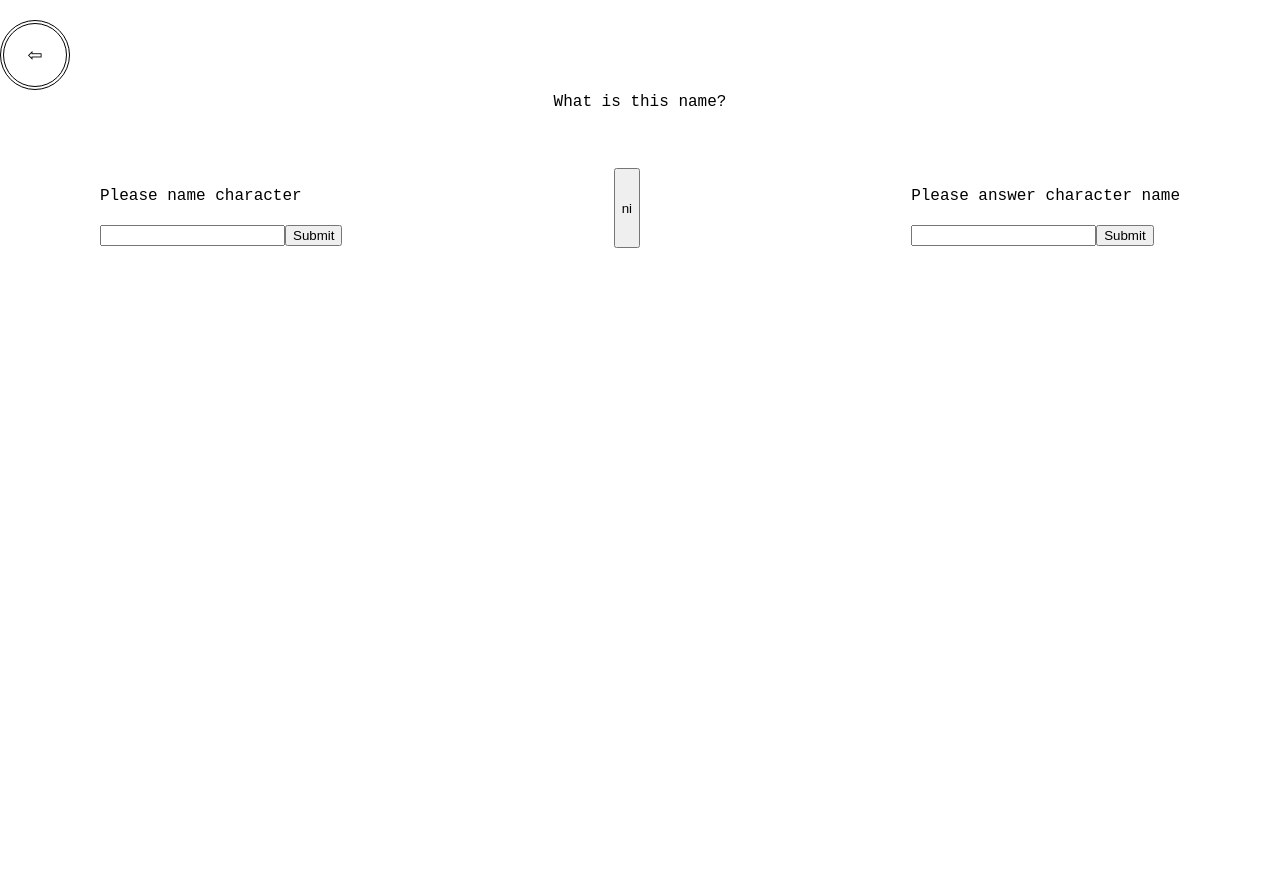
Repository: Mush-s/Folio-OX
Page: /nanmon
These files come from the project's save history. The page is drawn as it stood at one moment and after a run of saves; the edit follows.
The browser window is 1280 px wide. The pictures show the whole page.
The page's requests for data from a server got no answer. The project was rebuilt for these pictures with package versions that can differ from the ones it lists, and the page was loaded fresh each time. No one was signed in, and anything a server would have sent is missing. Also part of the build but not shown: src/TicTacToe/AfterGame/AfterGame.css, src/TicTacToe/AfterGame/AfterGame.js, src/TicTacToe/Game/Cell.css, src/TicTacToe/Game/Cell.js, src/TicTacToe/Patterns/Pattern.js, src/TicTacToe/Game/GameButtons/GameButtons.css, src/TicTacToe/Game/GameButtons/GameButtons.js, src/TicTacToe/Game/Game.js and 2 more.

Above is the page before, as saved 2022-09-04 22:58:59.

### src/index.js
import { createRoot } from "react-dom/client";
import { BrowserRouter } from "react-router-dom";
import ReactDOM from "react-dom";
import AfterGame from "./TicTacToe/AfterGame/AfterGame";

import App from "./App";
const container = document.getElementById("root");
const root = createRoot(container);
root.render(
  <BrowserRouter>
    <App />
  </BrowserRouter>
);

export const OverLay = (props) => {
  return ReactDOM.createPortal(
    <AfterGame
      onClick={props.onClick}
      result={props.result}
    />,
    document.getElementById("portal")
  );
};

### src/App.js
import "./App.css";
import Game from "./TicTacToe/Game/Game";
import Game1 from "./NanMon/Game/Game1";
import Start from "./Start/Start";
import { Route, Routes } from "react-router-dom";

const App = () => {
  return (
    <div className="app">
      <Routes>
        <Route path="/" element={<Start />} />
        <Route path="/tictactou" element={<Game />} />
        <Route path="/nanmon" element={<Game1 />} />
      </Routes>
    </div>
  );
};

export default App;

### src/App.css
.app {
  position: relative;
  height: 120vh;
  width: 100%;
  background-color: rgba(255, 255, 255, 0.831);
  font-family: "Courier New", Courier, monospace;
  /* background-image: url(https://png.pngtree.com/thumb_back/fh260/background/20210308/pngtree-vs-versus-challenge-gaming-background-banner-blue-image_582152.jpg);
  background-size: contain; */
}
/* Document
 * ========================================================================== */

/**
 * 1. Add border box sizing in all browsers (opinionated).
 * 2. Backgrounds do not repeat by default (opinionated).
 */

*,
::before,
::after {
  box-sizing: border-box; /* 1 */
  background-repeat: no-repeat; /* 2 */
}

/**
  * 1. Add text decoration inheritance in all browsers (opinionated).
  * 2. Add vertical alignment inheritance in all browsers (opinionated).
  */

::before,
::after {
  text-decoration: inherit; /* 1 */
  vertical-align: inherit; /* 2 */
}

/**
  * 1. Use the default cursor in all browsers (opinionated).
  * 2. Change the line height in all browsers (opinionated).
  * 3. Breaks words to prevent overflow in all browsers (opinionated).
  * 4. Use a 4-space tab width in all browsers (opinionated).
  * 5. Remove the grey highlight on links in iOS (opinionated).
  * 6. Prevent adjustments of font size after orientation changes in iOS.
  */

:where(:root) {
  cursor: default; /* 1 */
  line-height: 1.5; /* 2 */
  overflow-wrap: break-word; /* 3 */
  -moz-tab-size: 4; /* 4 */
  tab-size: 4; /* 4 */
  -webkit-tap-highlight-color: transparent; /* 5 */
  -webkit-text-size-adjust: 100%; /* 6 */
  text-size-adjust: 100%; /* 6 */
}

/* Sections
  * ========================================================================== */

/**
  * Remove the margin in all browsers (opinionated).
  */

:where(body) {
  margin: 0;
}

/**
  * Correct the font size and margin on `h1` elements within `section` and
  * `article` contexts in Chrome, Edge, Firefox, and Safari.
  */

:where(h1) {
  font-size: 2em;
  margin: 0.67em 0;
}

/* Grouping content
  * ========================================================================== */

/**
  * Remove the margin on nested lists in Chrome, Edge, and Safari.
  */

:where(dl, ol, ul) :where(dl, ol, ul) {
  margin: 0;
}

/**
  * 1. Correct the inheritance of border color in Firefox.
  * 2. Add the correct box sizing in Firefox.
  */

:where(hr) {
  color: inherit; /* 1 */
  height: 0; /* 2 */
}

/**
  * Remove the list style on navigation lists in all browsers (opinionated).
  */

:where(nav) :where(ol, ul) {
  list-style-type: none;
  padding: 0;
}

/**
  * Prevent VoiceOver from ignoring list semantics in Safari (opinionated).
  */

:where(nav li)::before {
  content: "\200B";
  float: left;
}

/**
  * 1. Correct the inheritance and scaling of font size in all browsers.
  * 2. Correct the odd `em` font sizing in all browsers.
  * 3. Prevent overflow of the container in all browsers (opinionated).
  */

:where(pre) {
  font-family: monospace, monospace; /* 1 */
  font-size: 1em; /* 2 */
  overflow: auto; /* 3 */
}

/* Text-level semantics
  * ========================================================================== */

/**
  * Add the correct text decoration in Safari.
  */

:where(abbr[title]) {
  text-decoration: underline;
  text-decoration: underline dotted;
}

/**
  * Add the correct font weight in Chrome, Edge, and Safari.
  */

:where(b, strong) {
  font-weight: bolder;
}

/**
  * 1. Correct the inheritance and scaling of font size in all browsers.
  * 2. Correct the odd `em` font sizing in all browsers.
  */

:where(code, kbd, samp) {
  font-family: monospace, monospace; /* 1 */
  font-size: 1em; /* 2 */
}

/**
  * Add the correct font size in all browsers.
  */

:where(small) {
  font-size: 80%;
}

/* Embedded content
  * ========================================================================== */

/*
  * Change the alignment on media elements in all browsers (opinionated).
  */

:where(audio, canvas, iframe, img, svg, video) {
  vertical-align: middle;
}

/**
  * Remove the border on iframes in all browsers (opinionated).
  */

:where(iframe) {
  border-style: none;
}

/**
  * Change the fill color to match the text color in all browsers (opinionated).
  */

:where(svg:not([fill])) {
  fill: currentColor;
}

/* Tabular data
  * ========================================================================== */

/**
  * 1. Collapse border spacing in all browsers (opinionated).
  * 2. Correct table border color in Chrome, Edge, and Safari.
  * 3. Remove text indentation from table contents in Chrome, Edge, and Safari.
  */

:where(table) {
  border-collapse: collapse; /* 1 */
  border-color: currentColor; /* 2 */
  text-indent: 0; /* 3 */
}

/* Forms
  * ========================================================================== */

/**
  * Remove the margin on controls in Safari.
  */

:where(button, input, select) {
  margin: 0;
}

/**
  * Correct the inability to style buttons in iOS and Safari.
  */

:where(button, [type="button" i], [type="reset" i], [type="submit" i]) {
  -webkit-appearance: button;
}

/**
  * Change the inconsistent appearance in all browsers (opinionated).
  */

:where(fieldset) {
  border: 1px solid #a0a0a0;
}

/**
  * Add the correct vertical alignment in Chrome, Edge, and Firefox.
  */

:where(progress) {
  vertical-align: baseline;
}

/**
  * 1. Remove the margin in Firefox and Safari.
  * 3. Change the resize direction in all browsers (opinionated).
  */

:where(textarea) {
  margin: 0; /* 1 */
  resize: vertical; /* 3 */
}

/**
  * 1. Correct the odd appearance in Chrome, Edge, and Safari.
  * 2. Correct the outline style in Safari.
  */

:where([type="search" i]) {
  -webkit-appearance: textfield; /* 1 */
  outline-offset: -2px; /* 2 */
}

/**
  * Correct the cursor style of increment and decrement buttons in Safari.
  */

::-webkit-inner-spin-button,
::-webkit-outer-spin-button {
  height: auto;
}

/**
  * Correct the text style of placeholders in Chrome, Edge, and Safari.
  */

::-webkit-input-placeholder {
  color: inherit;
  opacity: 0.54;
}

/**
  * Remove the inner padding in Chrome, Edge, and Safari on macOS.
  */

::-webkit-search-decoration {
  -webkit-appearance: none;
}

/**
  * 1. Correct the inability to style upload buttons in iOS and Safari.
  * 2. Change font properties to `inherit` in Safari.
  */

::-webkit-file-upload-button {
  -webkit-appearance: button; /* 1 */
  font: inherit; /* 2 */
}

/* Interactive
  * ========================================================================== */

/*
  * Add the correct styles in Safari.
  */

:where(dialog) {
  background-color: white;
  border: solid;
  color: black;
  height: -moz-fit-content;
  height: fit-content;
  left: 0;
  margin: auto;
  padding: 1em;
  position: absolute;
  right: 0;
  width: -moz-fit-content;
  width: fit-content;
}

:where(dialog:not([open])) {
  display: none;
}

/*
  * Add the correct display in Safari.
  */

:where(details > summary:first-of-type) {
  display: list-item;
}

/* Accessibility
  * ========================================================================== */

/**
  * Change the cursor on busy elements in all browsers (opinionated).
  */

:where([aria-busy="true" i]) {
  cursor: progress;
}

/*
  * Change the cursor on disabled, not-editable, or otherwise
  * inoperable elements in all browsers (opinionated).
  */

:where([aria-disabled="true" i], [disabled]) {
  cursor: not-allowed;
}

/*
  * Change the display on visually hidden accessible elements
  * in all browsers (opinionated).
  */

:where([aria-hidden="false" i][hidden]) {
  display: initial;
}

:where([aria-hidden="false" i][hidden]:not(:focus)) {
  clip: rect(0, 0, 0, 0);
  position: absolute;
}

a:-webkit-any-link {
  color: black;
  text-decoration: none;
}

button {
  cursor: pointer;
}

ul {
  padding-inline-start: 0;
  margin-block-start: 0;
}

### src/NanMon/Game/Game1.js
import { useEffect, useState } from "react";
import Back from "../../Components/Back/Back";
import Character from "./Character/Character";
import "./Game1.css";

const Game1 = () => {
  const [char, setChar] = useState([{id:'',img:''}]);
  const namedHandler = () => {};
  const answerHandler = () => {};

  useEffect(() => {
    const fetchchara = async () => {
      const characters = await fetch(
        "https://games-31fd4-default-rtdb.firebaseio.com/Nanmon/Characters.json"
      );

      if (!characters.ok) {
        console.log(characters);
      }

      const responseDate = await characters.json();
      const loadedCharacters = [];
      for (const key in responseDate) {
        loadedCharacters.push({
          id: key,
          img: responseDate[key].img,
        });
      }
      setChar(loadedCharacters);
    };
    fetchchara();
  }, []);

  console.log(char);
  return (
    <div className="game">
      <Back />
      <Character char={char} />
      <div className="inputs">
        <form className="make-character" onSubmit={namedHandler}>
          <p>Please name character</p>
          <input />
          <input type="submit" />
        </form>
        <button>ni</button>
        <form className="answer-charcter" onSubmit={answerHandler}>
          <p>Please answer character name</p>
          <input />
          <input type="submit" />
        </form>
      </div>

    </div>
  );
};
export default Game1;

### src/TicTacToe/Game/Game.css
.game{
  margin-top:20px;
  width:100%;
}
.tictactou {
  position: absolute;
  top: 25%;
  left: 50%;
  margin-right: -50%;
  transform: translate(-50%, -50%);
  height: 300px;
  width: 300px;
  display: flex;
  flex-wrap: wrap;
}

.tictactou .result {
  font-size: 40px;
  margin-bottom: 20px;
  margin-left: 20px;
}

.tictactou .timer {
  font-size: 30px;
  margin-bottom: 15px;
  margin-left: 20px;
}

.tictactou .turn {
  font-size: 30px;
  margin-left: 50px;
}

### src/Components/Back/Back.js
import "./Back.css";
import { useNavigate } from "react-router-dom";

const Back = () => {
  const navigate = useNavigate();
  const backHandler = () => {
    navigate(-1);
  };
  return (
    <button className="back" onClick={backHandler}>
      ⇦
    </button>
  );
};

export default Back;

### src/NanMon/Game/Character/Character.js
const Character = (props) => {
  let get = props.char[Math.floor(Math.random() * props.char.length)];

  return (
    <div className="character">
      <div>What is this name?</div>
      <img src={get.img} alt="" />
    </div>
  );
};

export default Character;

### src/NanMon/Game/Game1.css
.character {
  text-align: center;
}
.inputs {
  display: flex;
  justify-content: space-between;
  margin: 30px 100px 0 100px;
}
.next{
    width:100px;
    margin:0 auto;
}

### src/Components/Back/Back.css
.back {
  width: 70px;
  height: 70px;
  font-size: 18px;
  display: inline-block;
  background: #ffffff;
  border: double 4px #000000;
  border-radius: 50%;
  text-align: center;
  overflow: hidden;
  cursor: pointer;
}

Loaded but not shown: public/index.html (common file)

After the next 2 saves:
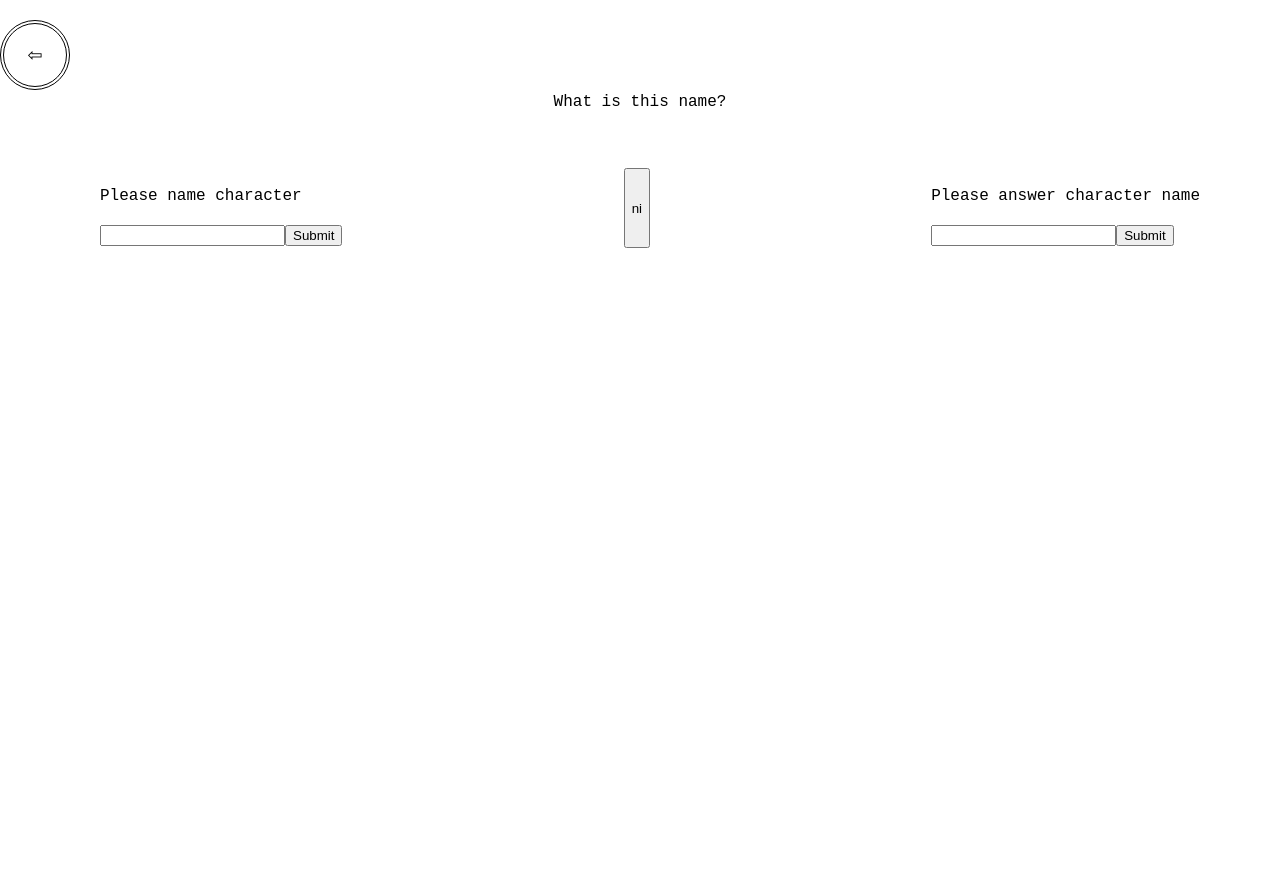
The 2 saves are shown as one change because they came seconds apart.
The last was saved 21 s later.
--- a/src/NanMon/Game/Game1.css
+++ b/src/NanMon/Game/Game1.css
@@ -4,9 +4,5 @@
 .inputs {
   display: flex;
   justify-content: space-between;
-  margin: 30px 100px 0 100px;
+  margin: 30px 80px 0 100px;
 }
-.next{
-    width:100px;
-    margin:0 auto;
-}
